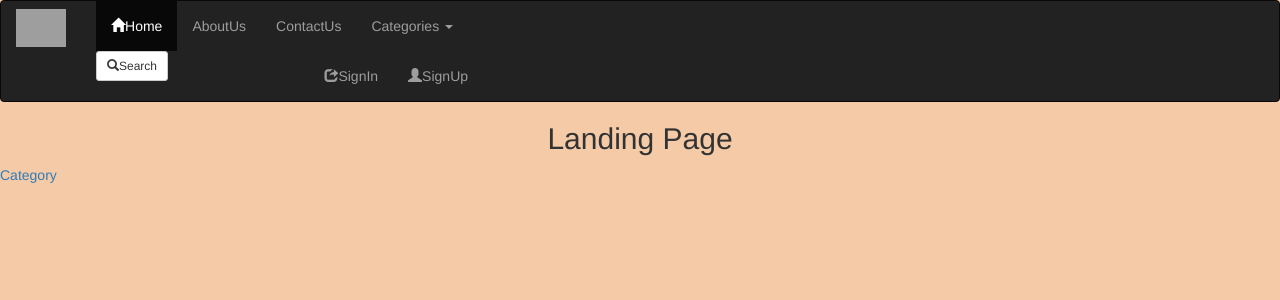
Repository: ananthi024/Java-Programs
Page: http://localhost/ClassyMissyFrontend/
These files come from the project's save history. The page is drawn as it stood at one moment and after the next save; the edit follows.
The browser window is 1280 px wide. The pictures show the whole page.
Pictures or frames that could not be fetched are drawn as grey boxes. Some web libraries are served in a nearby version. The page is served by Tomcat 9. Nobody is signed in. The application's start-up code is not run.

Above is the page before, as saved 2017-06-23 22:16:37.
Console error (its wording comes from the project's code and is left out).

After the next save:
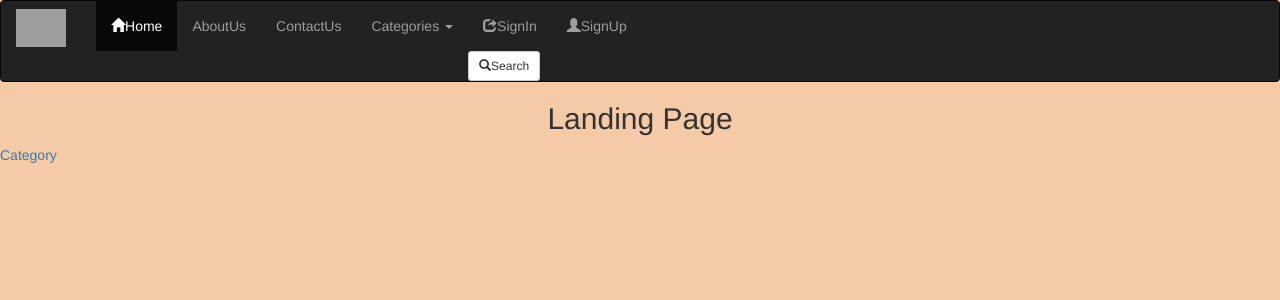
Saved 4 min 20 s later.
--- a/MyProject-29.06.2017/ClassyMissyFrontend/src/main/webapp/WEB-INF/views/Header.jsp
+++ b/MyProject-29.06.2017/ClassyMissyFrontend/src/main/webapp/WEB-INF/views/Header.jsp
@@ -35,17 +35,16 @@
             <li><a href="#">Page 2</a></li>
             <li><a href="#">Page 3</a></li>
           </ul></li>
+<div class="nav navbar-nav navbar-right">
+<li><a href="SignIn.jsp"><span class="glyphicon glyphicon-share"></span>SignIn </a></li>
+<li><a href="Register.jsp"><span class="glyphicon glyphicon-user"></span>SignUp </a></li>
+
 <!-- Search Button -->
  <p>
         <li><button type="button" class="btn btn-default btn-sm">
           <span class="glyphicon glyphicon-search"></span>Search
         </button></li>
       </p>
-
-<div class="nav navbar-nav navbar-right">
-<li><a href="SignIn.jsp"><span class="glyphicon glyphicon-share"></span>SignIn </a></li>
-<li><a href="Register.jsp"><span class="glyphicon glyphicon-user"></span>SignUp </a></li>
-
 </div>
 </ul>
 </div>
